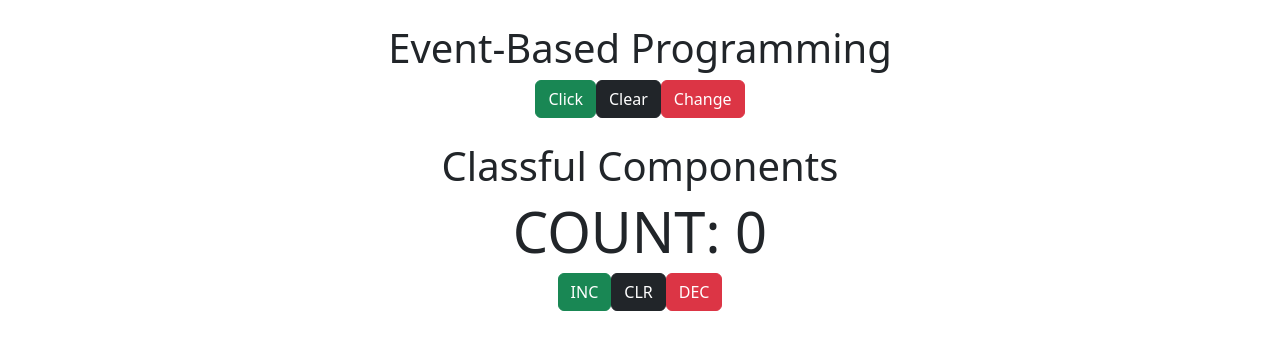
Repository: sedat-akdogan/React_Revision
Page: / (app in sunday/)
These files come from the project's save history. The page is drawn as it stood at one moment and after the next save; the edit follows.
The browser window is 1280 px wide. The pictures show the whole page.
The project was rebuilt for these pictures with package versions that can differ from the ones it lists, and the page was loaded fresh each time.

Above is the page before, as saved 2023-04-01 02:20:39.

After the next save:
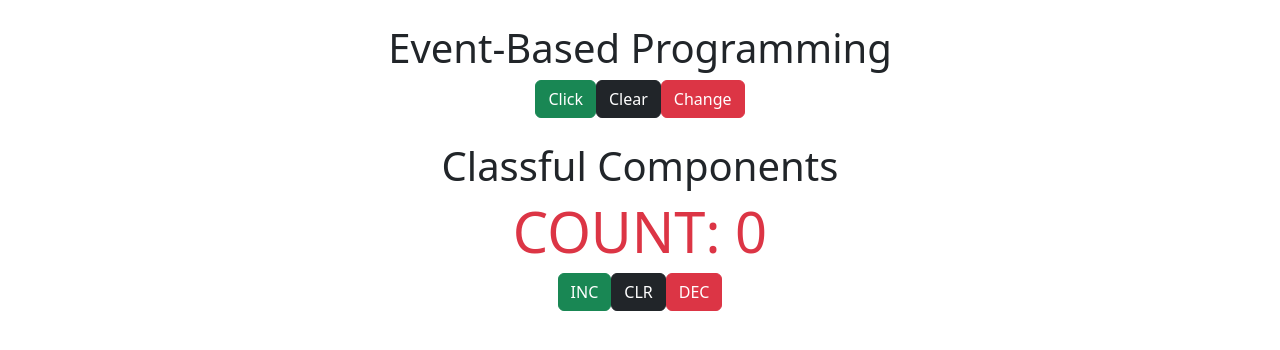
Saved 43 s later.
--- a/sunday/src/components/2-classComponents/Counter.jsx
+++ b/sunday/src/components/2-classComponents/Counter.jsx
@@ -16,7 +16,7 @@ class Counter extends Component {
         return (
             <div className='container text-center mt-4'>
                 <h1>Classful Components</h1>
-                <h2 className='display-4 text-denger'>COUNT: {this.state.count}</h2>
+                <h2 className='display-4 text-danger'>COUNT: {this.state.count}</h2>
                 <button className='btn btn-success'>INC</button>
                 <button className="btn btn-dark">CLR</button>
                 <button className="btn btn-danger">DEC</button>
